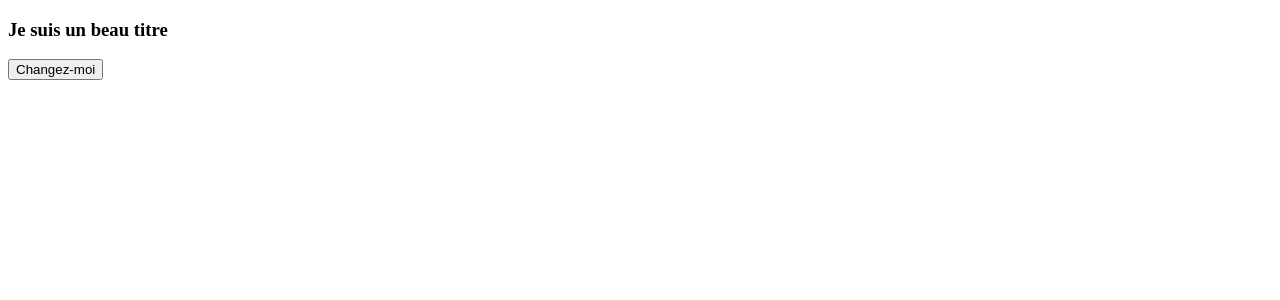
Repository: Symfomany/reacthoc
Page: /
The author's editor kept a copy of each file at every save. The page is drawn from the files as they stood at one save, then again after the next save.
The browser window is 1280 px wide. The pictures show the whole page.
The project was rebuilt for these pictures with package versions that can differ from the ones it lists, and the page was loaded fresh each time.

Above is the page before, as saved 2018-06-05 19:24:54.

After the next save:
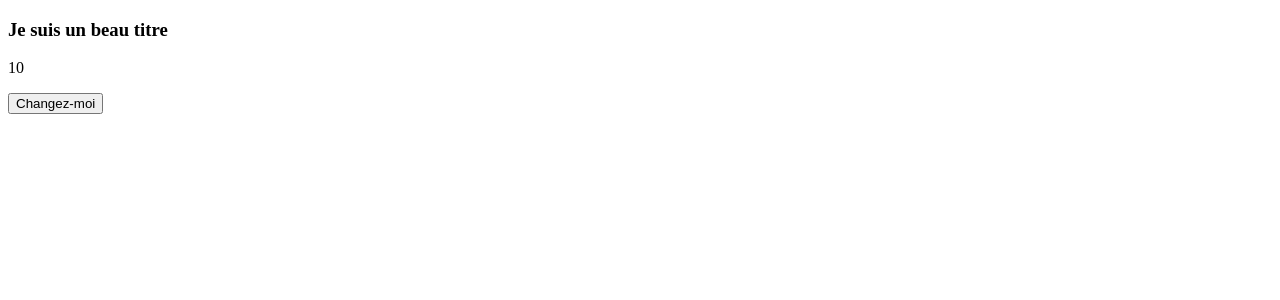
Saved 72 s later.
--- a/src/components/Title.js
+++ b/src/components/Title.js
@@ -18,13 +18,12 @@ class Title extends Component {
     this.state.store.register("message", "Hello Alpha!");
     this.state.store.register("nbDisplay", this.state.store.data.nbDisplay + 1);
     console.log(this.state.store.data.nbDisplay);
-    this.forceUpdate();
   }
   render() {
     const nb = 2;
     return (
       <div>
-        <p>{this.props.message}</p>
+        <p>{this.state.store.data.nbDisplay}</p>
         <button onClick={this.changer}>Changez-moi</button>
       </div>
     );
